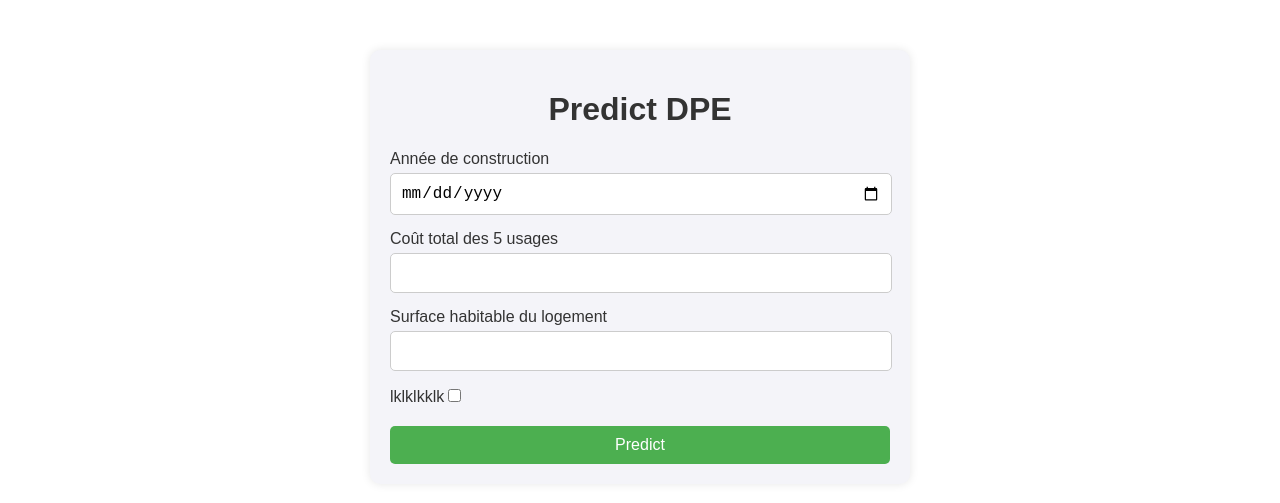
Repository: abdouAppcraft/Predict-DPE
Page: /
These files come from the project's save history. The page is drawn as it stood at one moment and after the next save; the edit follows.
The browser window is 1280 px wide. The pictures show the whole page.
The page's requests for data from a server got no answer. The project was rebuilt for these pictures with package versions that can differ from the ones it lists, and the page was loaded fresh each time. No one was signed in, and anything a server would have sent is missing. Also part of the build but not shown: src/screens/Result/Result.tsx.

Above is the page before, as saved 2024-06-11 16:33:13.

### src/App.tsx
import React from "react";
import PredictForm from "./screens/PredictForm/PredictForm";
import { createBrowserRouter, RouterProvider } from "react-router-dom";
import Result from "./screens/Result/Result";

const router = createBrowserRouter([
  {
    path: "/",
    Component: PredictForm,
  },
  {
    path: "/result",
    Component: Result,
  },
]);

const App: React.FC = () => {
  return (
    <>
      <RouterProvider router={router} />
    </>
  );
};

export default App;

### src/screens/PredictForm/PredictForm.tsx
import React, { useState } from "react";
import { useNavigate } from "react-router-dom";
import { useDpeOptions } from "../../hooks/useDpeOptions";
import "./PredictForm.css";
import strings from "../../strings/string";

type Field = {
  name: string;
  type: string;
};

const field: Field[] = [
  { name: "Annee_construction", type: "date" },
  { name: "Cout_total_5_usages", type: "number" },
  { name: "Surface_habitable_logement", type: "number" },
];

const advancedField: Field[] = [
  { name: "Qualite_isolation_enveloppe", type: "select" },
  { name: "Type_energie_principale_chauffage", type: "select" },
  { name: "Type_installation_chauffage", type: "select" },
  { name: "Code_postal_BAN", type: "address" },
  { name: "Conso_5_usages_e_finale", type: "number" },
  { name: "Conso_5_usagesm2_e_finale", type: "number" },
  { name: "Emission_GES_5_usages", type: "number" },
  { name: "Emission_GES_5_usages_par_m2", type: "number" },
  { name: "Cout_chauffage", type: "number" },
  { name: "Cout_ECS", type: "number" },
  { name: "Qualite_isolation_menuiseries", type: "select" },
];

const PredictForm: React.FC = () => {
  const [formData, setFormData] = useState<Record<string, any>>({});
  const [advancedOp, setAdvancedOp] = useState<boolean>(false);

  const [prediction, setPrediction] = useState<string | null>(null);
  const navigate = useNavigate();
  const options = useDpeOptions();

  console.log({ options });

  const handleChange = (
    e: React.ChangeEvent<HTMLInputElement | HTMLSelectElement>
  ) => {
    const { name, value, type } = e.target;
    if (type === "checkbox") {
      setFormData({
        ...formData,
        [name]: (e.target as HTMLInputElement).checked,
      });
    } else {
      setFormData({
        ...formData,
        [name]: value,
      });
    }
  };

  const handleSubmit = async (e: React.FormEvent) => {
    e.preventDefault();
    console.log("Form Data Submitted:", formData); // Ajoutez ce journal pour voir les données soumises
    try {
      // const response = await axios.post(
      //   "http://localhost:8000/predict/",
      //   formData
      // );
      // console.log("Prediction Response:", response.data); // Ajoutez ce journal pour voir la réponse
      // setPrediction(response.data.predicted_DPE);
      navigate("/result");
    } catch (error) {
      console.error("There was an error making the request:", error);
    }
  };

  const renderRow = (f: Field) => {
    switch (f.type) {
      case "select":
        return (
          <div className="form-group">
            <label>{strings[f.name as keyof typeof strings]}</label>
            <select
              name={f.name}
              value={formData[f.name]}
              onChange={handleChange}
              required
            >
              {options &&
                Object.hasOwn(options, f.name) &&
                options[f.name as keyof typeof options].map(
                  (option: string) => {
                    return <option>{option} </option>;
                  }
                )}
            </select>
          </div>
        );
        break;

      default:
        return (
          <>
            <div className="form-group">
              <label>{strings[f.name as keyof typeof strings]}</label>
              <input
                type={f.type}
                name={f.name}
                value={formData[f.name]}
                onChange={handleChange}
                required
              />
            </div>
          </>
        );
    }
  };

  return (
    <div className="predict-form">
      <h1>Predict DPE</h1>
      <form onSubmit={handleSubmit}>
        {/* <div className="form-group">
          <label>Surface habitable (m²):</label>
          <input
            type="number"
            name="Surface_habitable"
            value={formData.Surface_habitable}
            onChange={handleChange}
            required
          />
        </div>
        <div className="form-group">
          <label>Année de construction:</label>
          <input
            type="number"
            name="Annee_construction"
            value={formData.Annee_construction}
            onChange={handleChange}
            required
          />
        </div>
        <div className="form-group">
          <label>Type de chauffage:</label>
          <select
            name="Type_chauffage"
            value={formData.Type_chauffage}
            onChange={handleChange}
            required
          >
            <option value="">--Choisir--</option>
            <option value="électrique">Électrique</option>
            <option value="gaz">Gaz</option>
            <option value="fioul">Fioul</option>
            <option value="bois">Bois</option>
            <option value="autre">Autre</option>
          </select>
        </div>
        <div className="form-group">
          <label>Panneaux solaires:</label>
          <input
            type="checkbox"
            name="Panneaux_solaires"
            checked={formData.Panneaux_solaires}
            onChange={handleChange}
          />
        </div>
        <div className="form-group">
          <label>Nombre de pièces:</label>
          <input
            type="number"
            name="Nombre_pieces"
            value={formData.Nombre_pieces}
            onChange={handleChange}
            required
          />
        </div> */}
        {field.map((f) => renderRow(f))}
        <div
          className="form-group"
          style={{ display: "flex", alignItems: "baseline" }}
        >
          <label htmlFor="advancedField">lklklkklk</label>
          <input
            type="checkbox"
            name="advancedField"
            checked={advancedOp}
            onChange={(e) => setAdvancedOp(!advancedOp)}
          />
        </div>
        {advancedOp && advancedField.map((f) => renderRow(f))}
        <button type="submit" className="submit-btn">
          Predict
        </button>
      </form>
      {prediction && <h2>Predicted DPE: {prediction}</h2>}
    </div>
  );
};

export default PredictForm;

### src/hooks/useDpeOptions.tsx
import axios from "axios";
import { useEffect, useState } from "react";

type DPE_Options_Type = {
  Qualite_isolation_enveloppe: string[];
  Type_energie_principale_chauffage: string[];
  Type_installation_chauffage: string[];
  Qualite_isolation_menuiseries: string[];
};
export const useDpeOptions = () => {
  const [options, setOptions] = useState<DPE_Options_Type>();

  useEffect(() => {
    axios
      .get<DPE_Options_Type>("http://127.0.0.1:8000/dpe/options")
      .then((res) => {
        setOptions(res.data);
      });
  }, []);

  return options;
};

### src/screens/PredictForm/PredictForm.css
.predict-form {
    max-width: 500px;
    margin: 50px auto;
    padding: 20px;
    background-color: #f4f4f9;
    border-radius: 10px;
    box-shadow: 0 0 10px rgba(0, 0, 0, 0.1);
    font-family: Arial, sans-serif;
}

.predict-form h1 {
    text-align: center;
    color: #333;
}

.form-group {
    margin-bottom: 15px;
}

.form-group label {
    display: block;
    margin-bottom: 5px;
    color: #333;
}

.form-group input,
.form-group select {
    width: calc(100% - 20px);
    padding: 10px;
    border: 1px solid #ccc;
    border-radius: 5px;
    font-size: 16px;
}

.form-group input[type="checkbox"] {
    width: auto;
}

.submit-btn {
    width: 100%;
    padding: 10px;
    background-color: #4CAF50;
    color: white;
    border: none;
    border-radius: 5px;
    font-size: 16px;
    cursor: pointer;
    transition: background-color 0.3s ease;
}

.submit-btn:hover {
    background-color: #45a049;
}

h2 {
    text-align: center;
    color: #333;
    margin-top: 20px;
}

### src/strings/string.ts
const strings = {
  Annee_construction: "Année de construction",
  Cout_total_5_usages: "Coût total des 5 usages",
  Surface_habitable_logement: "Surface habitable du logement",
  Qualite_isolation_enveloppe: "Qualité de l'isolation de l'enveloppe",
  Type_energie_principale_chauffage: "Type d'énergie principale de chauffage",
  Type_installation_chauffage: "Type d'installation de chauffage",
  Code_postal_BAN: "Code postal BAN",
  Conso_5_usages_e_finale: "Consommation des 5 usages en énergie finale",
  Conso_5_usagesm2_e_finale:
    "Consommation des 5 usages par m² en énergie finale",
  Emission_GES_5_usages: "Émission de GES des 5 usages",
  Emission_GES_5_usages_par_m2: "Émission de GES des 5 usages par m²",
  Cout_chauffage: "Coût du chauffage",
  Cout_ECS: "Coût de l'ECS",
  Qualite_isolation_menuiseries: "Qualité de l'isolation des menuiseries",
};

export default strings;

Loaded but not shown: public/index.html (common file); src/index.tsx (common file); src/index.css (common file); src/reportWebVitals.ts (common file)

After the next save:
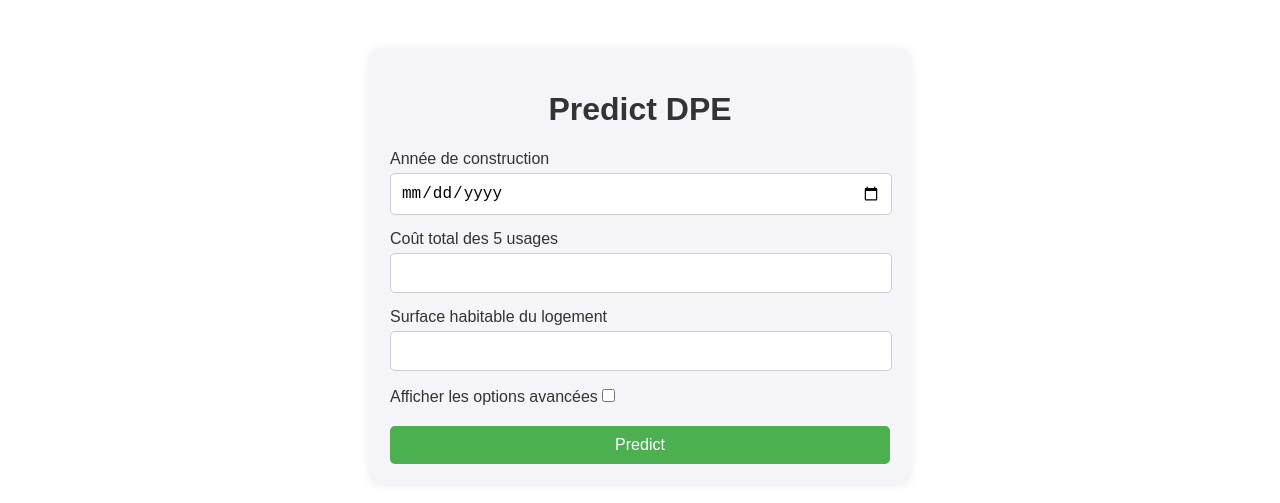
Saved 62 s later.
--- a/src/screens/PredictForm/PredictForm.tsx
+++ b/src/screens/PredictForm/PredictForm.tsx
@@ -178,7 +178,11 @@ const PredictForm: React.FC = () => {
           className="form-group"
           style={{ display: "flex", alignItems: "baseline" }}
         >
-          <label htmlFor="advancedField">lklklkklk</label>
+          <label htmlFor="advancedField">
+            {advancedOp
+              ? "Masquer les Options avancées"
+              : "Afficher les options avancées"}
+          </label>
           <input
             type="checkbox"
             name="advancedField"
